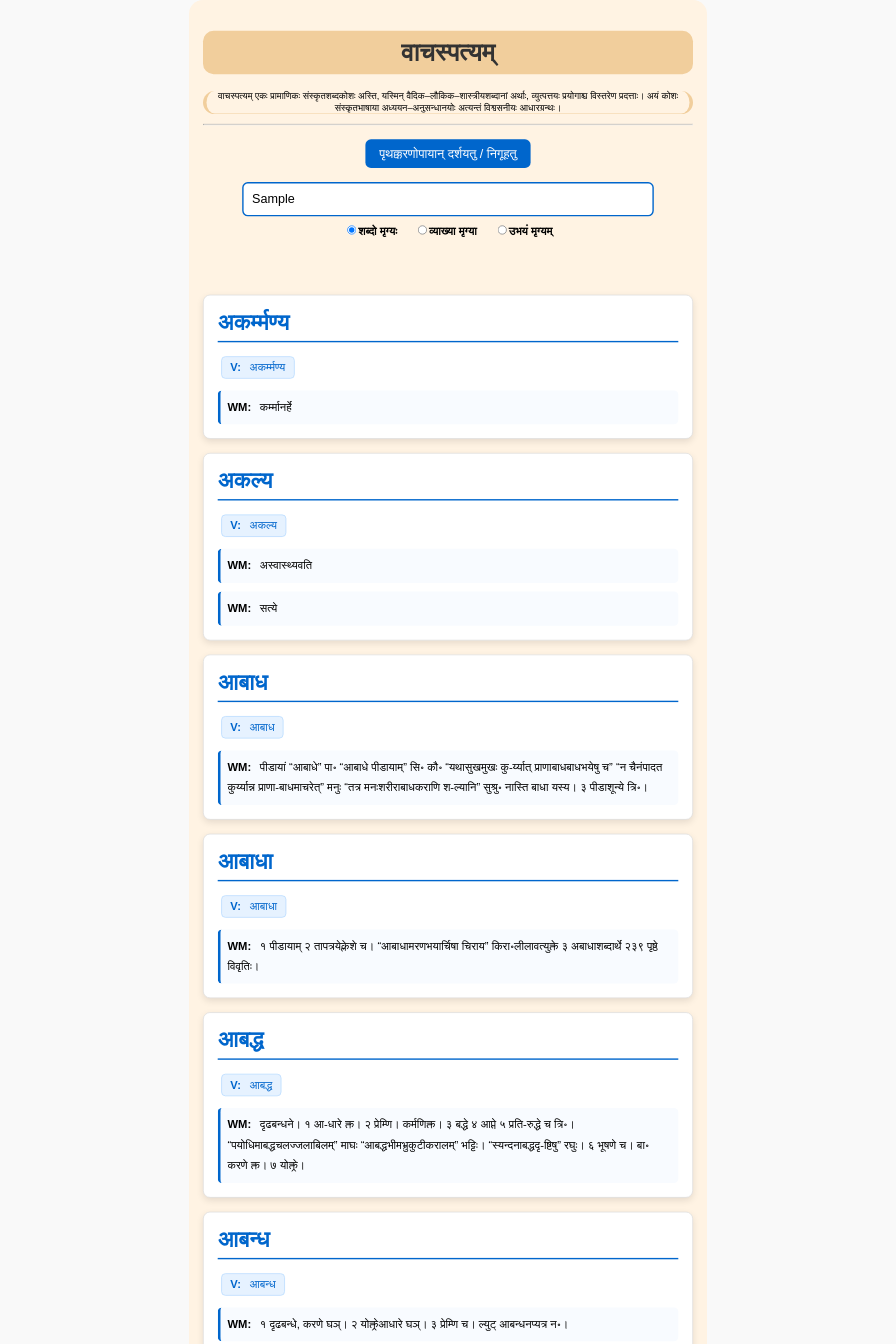
Repository: sanskritsphere/vachaspatyam-demo
Page: index.html
The author's editor kept a copy of each file at every save. The page is drawn from the files as they stood at one save, then again after the next save.
The browser window is 1280 px wide. The pictures show the part of the page from y = 0 to 1920 px (the page is 3466 px tall before and 4119 px after), at 70% of full size.
Empty fields were first filled with sample values (such as "Sample", 5 or name@example.com).
After loading, the first visible `#toggleFilters` was clicked once.

Above is the page before, as saved 2025-12-14 15:21:49.

After the next save:
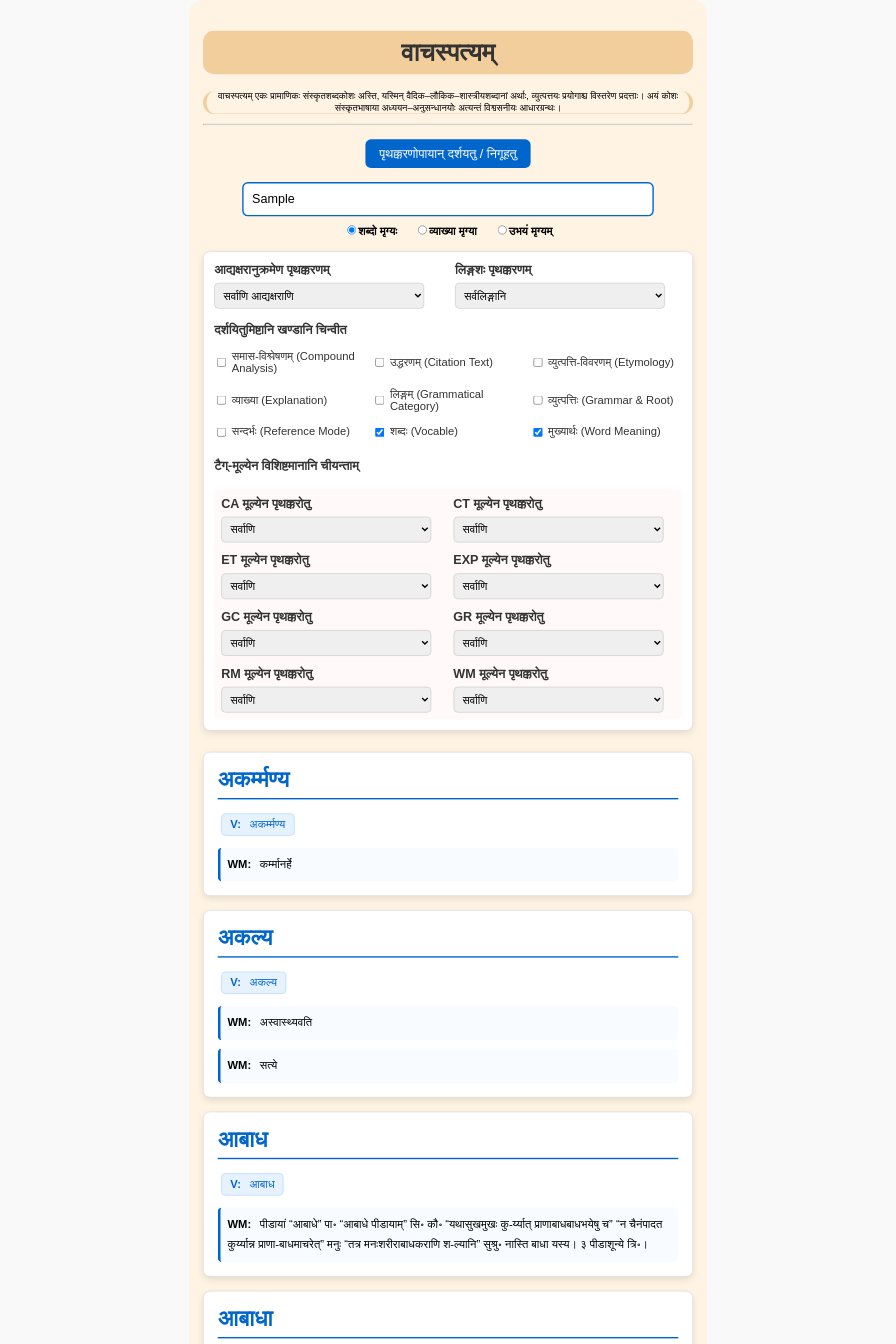
Saved 57 s later.
--- a/index.html
+++ b/index.html
@@ -288,7 +288,7 @@
         document.getElementById('toggleFilters').addEventListener('click', () => {
             const panel = document.getElementById('filtersPanel');
             panel.style.display = (panel.style.display === 'none' || panel.style.display === '') ? 'grid' : 'none';
-
+            panel.classList.add("show")
         });
 
     function generateTagVisibility() {
